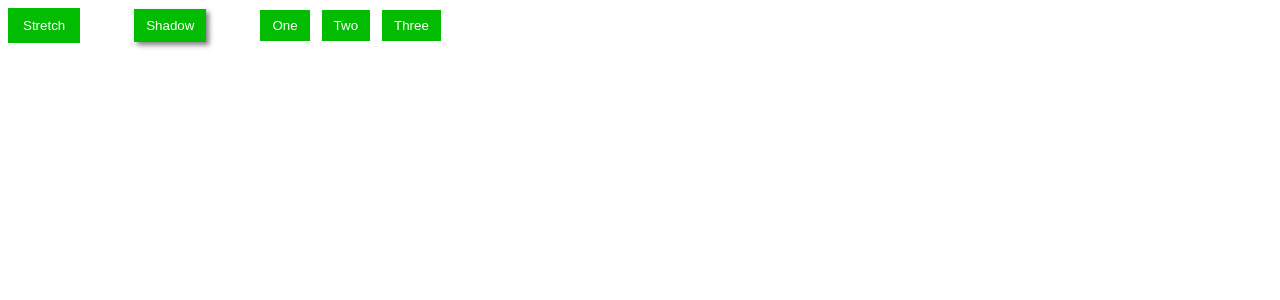
Repository: Kurumilli/Youtube
Page: 4i.html
The author's editor kept a copy of each file at every save. The page is drawn from the files as they stood at one save, then again after the next save.
The browser window is 1280 px wide. The pictures show the whole page.
The pointer rests on the first visible `.stretch-button`.

Above is the page before, as saved 2025-01-29 20:16:18.

After the next save:
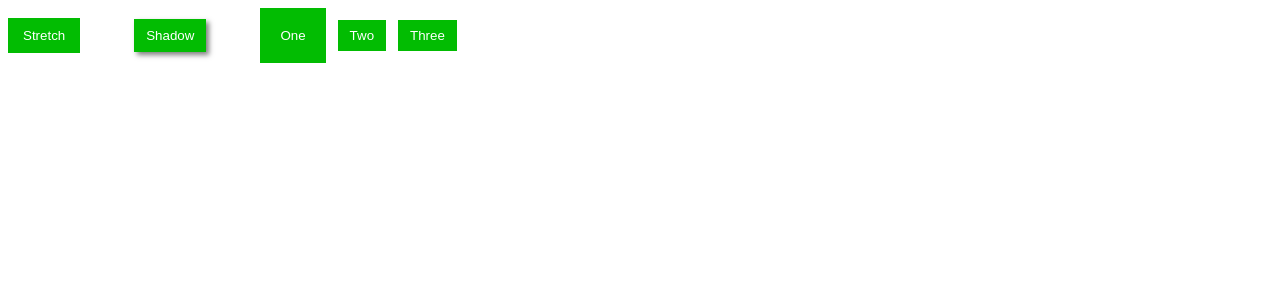
Saved 56 s later.
--- a/4i.html
+++ b/4i.html
@@ -56,10 +56,10 @@ box-shadow: 3px 3px 5px rgba(0,0,0,0.5);
 }
 
 .stretch-button:hover{
-    transition: padding-top 1s,
-    padding-bottom 1s,
-    padding-left 1s,
-    padding-right 1s;
+    padding-top :20px;
+    padding-bottom :20px;
+    padding-left:20px;
+    padding-right :20px;
 
 }
 </style>
